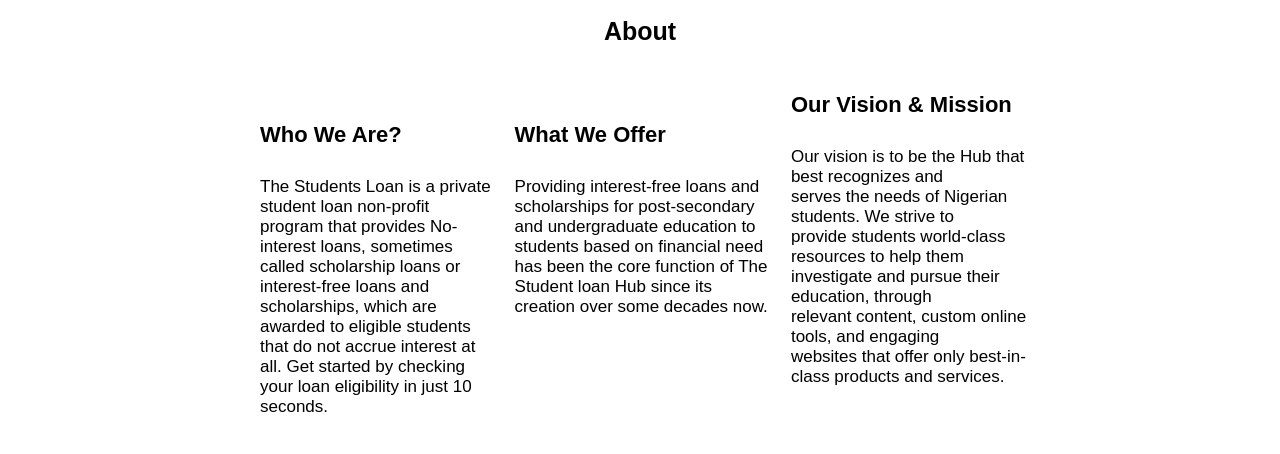
Repository: Tobby004/basic-loanweb
Page: about.html
The author's editor kept a copy of each file at every save. The page is drawn from the files as they stood at one save, then again after the next save.
The browser window is 1280 px wide. The pictures show the whole page.

Above is the page before, as saved 2023-07-05 10:29:01.

After the next save:
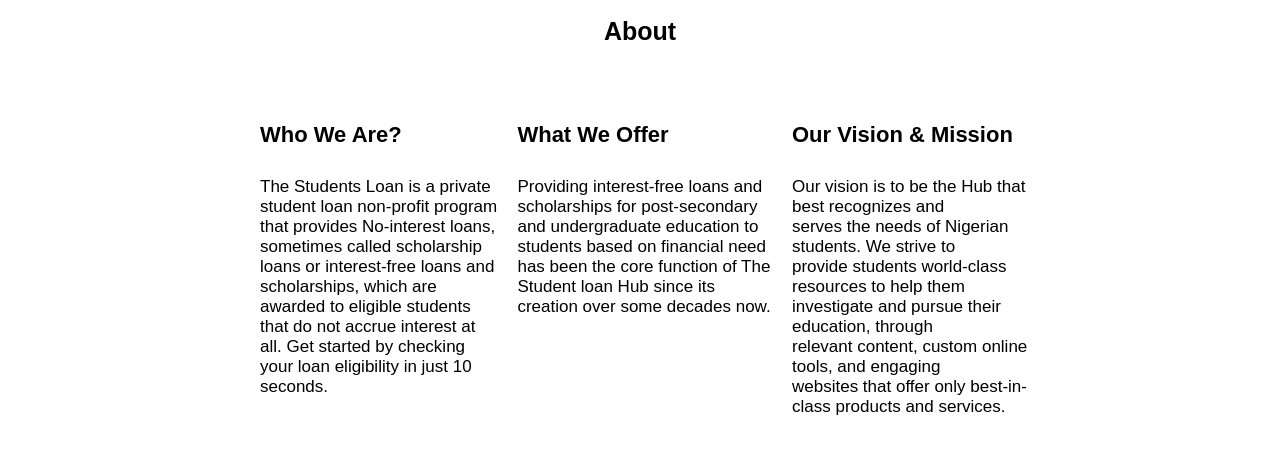
Saved 2 min 32 s later.
--- a/about.css
+++ b/about.css
@@ -23,13 +23,13 @@ h1 {
 .box-1{
   margin-top: 30px;
   height: 230px;
-  width: 350px;
+  width: 450px;
   background: white;
 }
 .box-2{
   margin-top: 30px;
   height: 230px;
-  width: 380px;
+  width: 480px;
   background: #ffffff;
 }
 .container h4 {
@@ -44,7 +44,8 @@ h1 {
 }
 .box-3{
     height: 220px;
-    width: 370px;
+    width: 480;
+    margin-top: 30px;
     background: #ffffff;
 }
 
